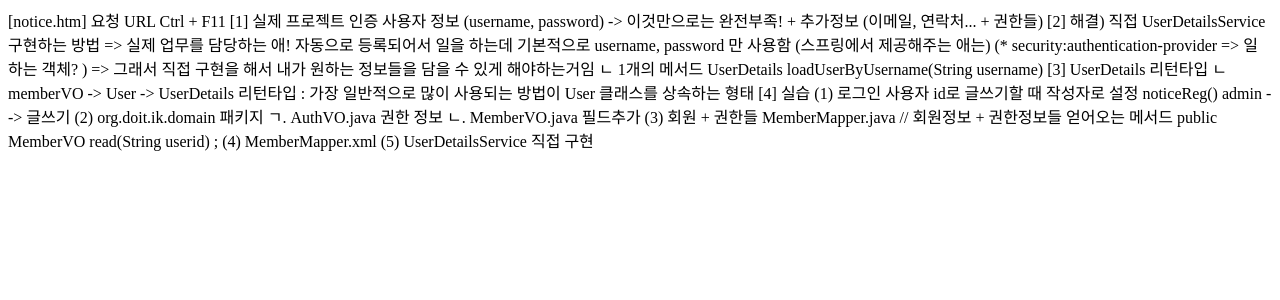
Repository: Vida0822/-
Page: SL11_SECURITY3_USERDETAILSSERVICE/src/main/webapp/customer/notice.htm
An editor plug-in stored every save of this project. The page is shown before and after the next save, followed by the edit.
The browser window is 1280 px wide. The pictures show the whole page.

Above is the page before, as saved 2023-07-05 02:38:06.

After the next save:
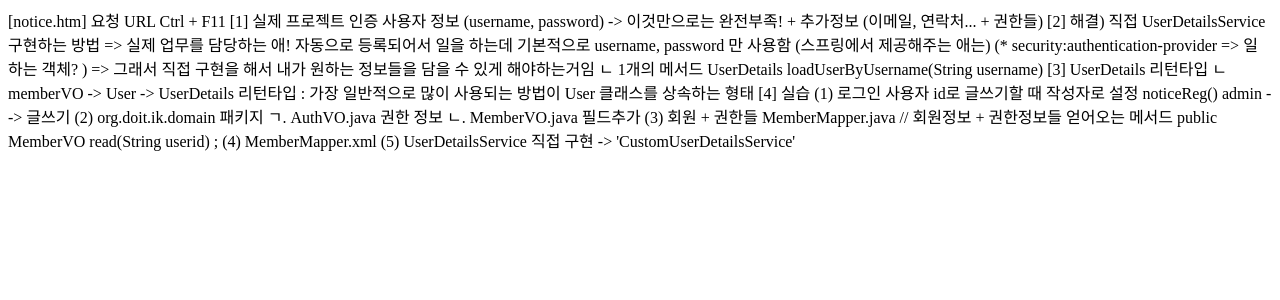
Saved 26 s later.
--- a/SL11_SECURITY3_USERDETAILSSERVICE/src/main/webapp/customer/notice.htm
+++ b/SL11_SECURITY3_USERDETAILSSERVICE/src/main/webapp/customer/notice.htm
@@ -31,4 +31,4 @@ Ctrl + F11
 
    (4) MemberMapper.xml
 
-   (5) UserDetailsService 직접 구현
+   (5) UserDetailsService 직접 구현 -> 'CustomUserDetailsService'
